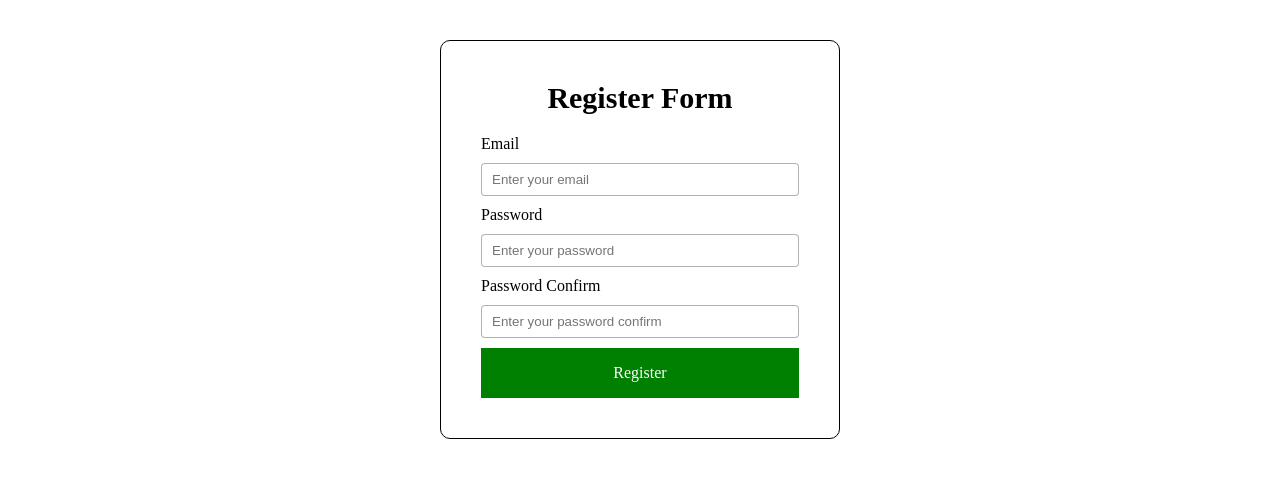
Repository: nptg3105/Register-form
Page: index.html
The author's editor kept a copy of each file at every save. The page is drawn from the files as they stood at one save, then again after the next save.
The browser window is 1280 px wide. The pictures show the whole page.
Some web libraries are served in a nearby version.

Above is the page before, as saved 2022-01-05 21:59:04.

After the next save:
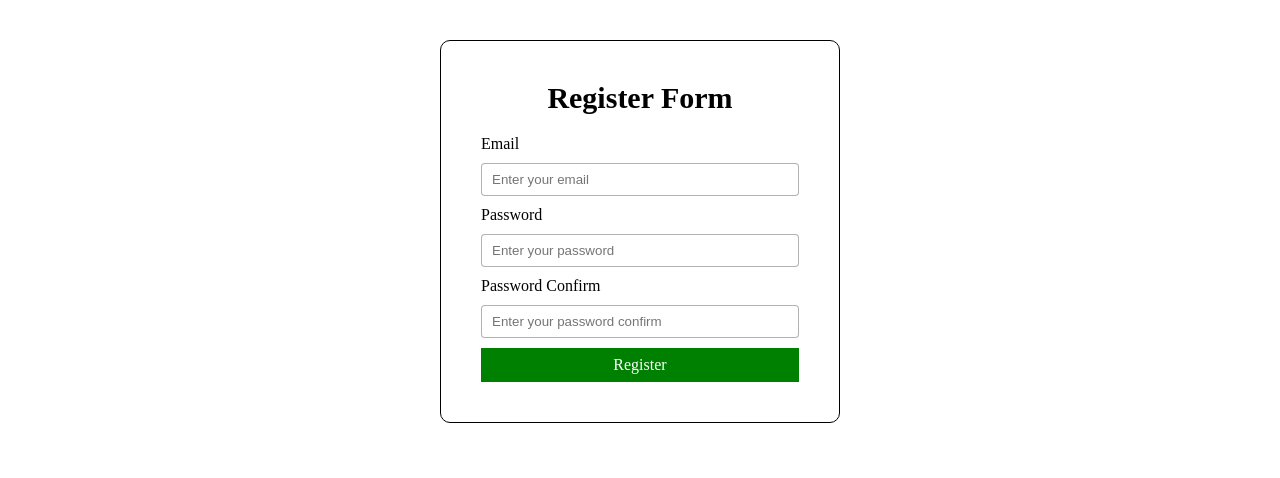
Saved 4 s later.
--- a/style.css
+++ b/style.css
@@ -33,5 +33,5 @@
   color: white;
   width: 100%;
   display: block;
-  padding: 16px 0;
+  padding: 8px 0;
 }
